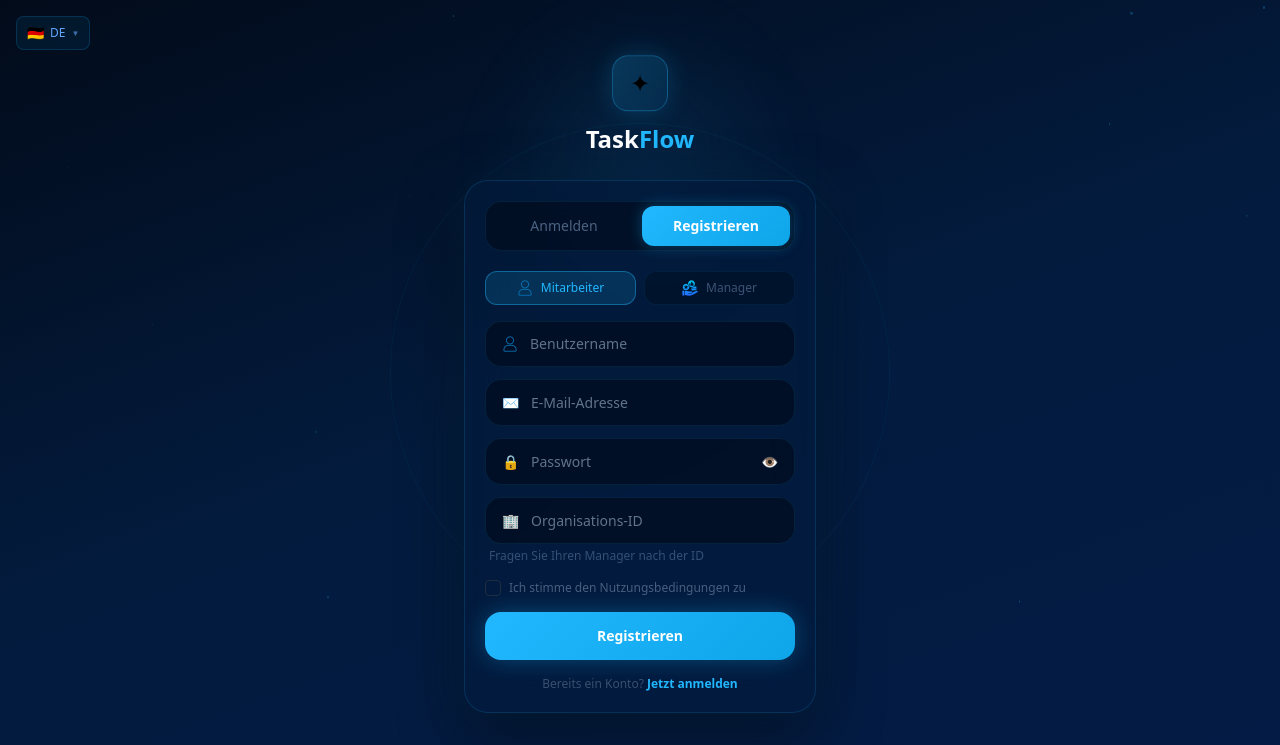
Repository: IssamSaed98/TaskManager.Frontend
Page: /, after clicking the first element matching `div.rounded-2xl > :nth-child(2)`
The author's editor kept a copy of each file at every save. The page is drawn from the files as they stood at one save, then again after the next save.
The browser window is 1280 px wide. The pictures show the whole page.
The project was rebuilt for these pictures with package versions that can differ from the ones it lists, and the page was loaded fresh each time. Also part of the build but not shown: vite.config.js, src/pages/AdminDashboard.jsx, src/components/TaskForm.jsx, src/components/TaskCard.jsx, src/components/KanbanBoard.jsx.

Above is the page before, as saved 2026-06-01 15:55:23.

After the next save:
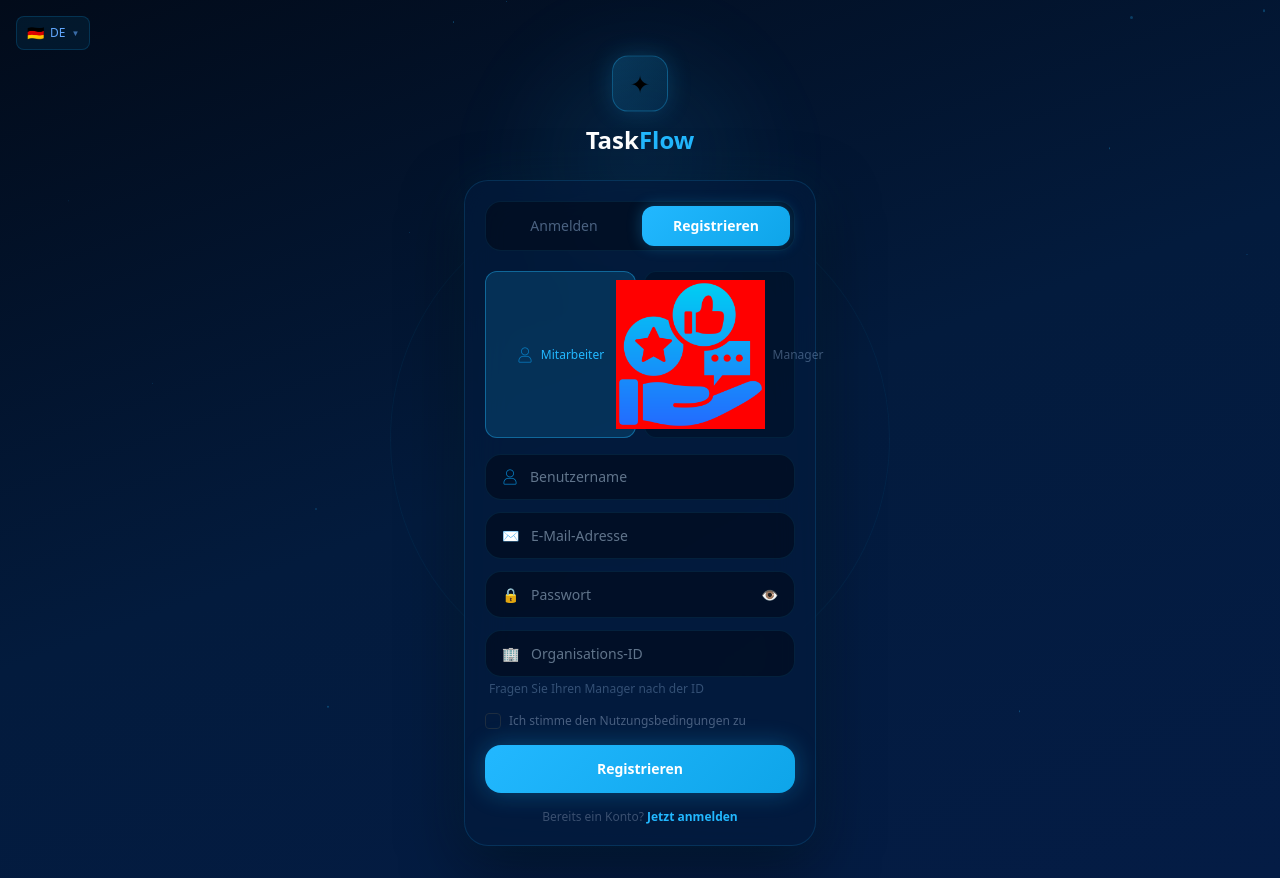
Saved 46 s later.
--- a/src/pages/Register.jsx
+++ b/src/pages/Register.jsx
@@ -191,7 +191,7 @@
       color: isAdmin ? '#22B8FF' : 'rgba(148,180,220,0.4)',
     }}
   >
-    <img src={cheff} style={myStyleSecond} alt="admin icon" />
+    <img src={cheff} style={myStyleThe} alt="admin icon" />
     <span>{t('admin')}</span>
   </button>
 </div>

After the save that followed:
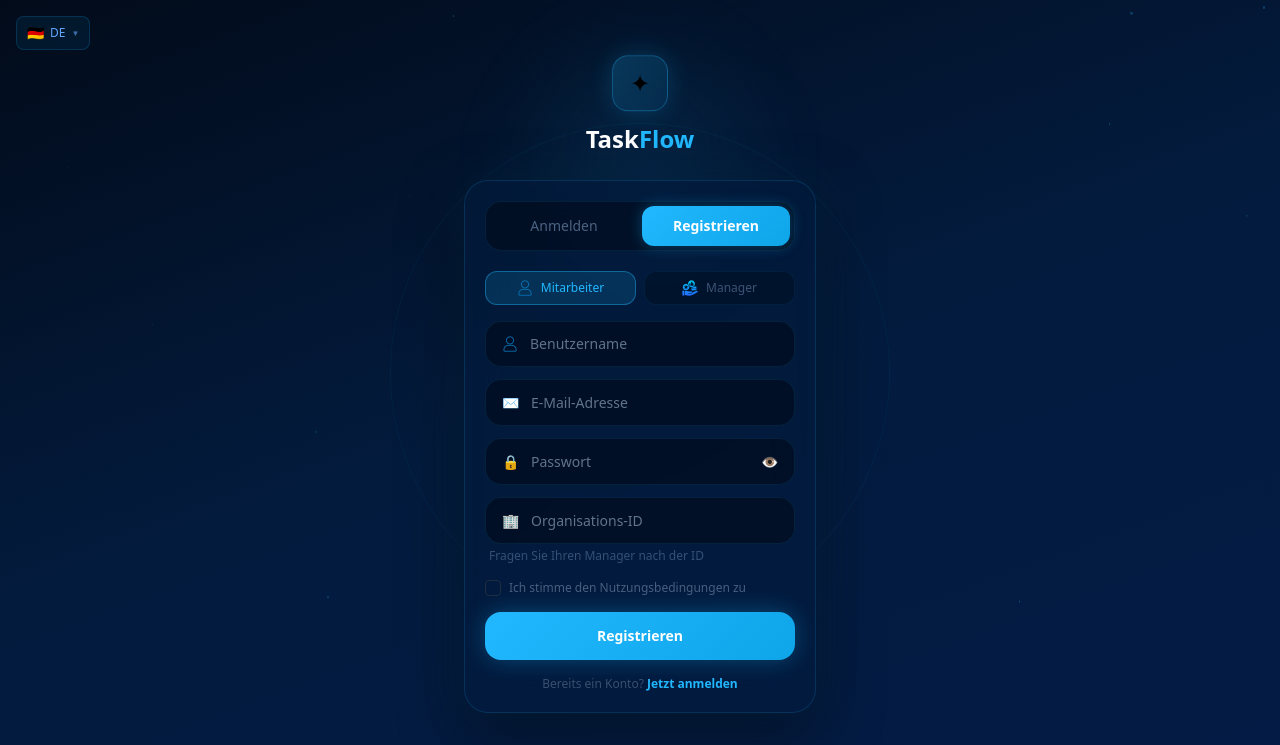
Saved 11 s later.
--- a/src/pages/Register.jsx
+++ b/src/pages/Register.jsx
@@ -191,7 +191,7 @@
       color: isAdmin ? '#22B8FF' : 'rgba(148,180,220,0.4)',
     }}
   >
-    <img src={cheff} style={myStyleThe} alt="admin icon" />
+    <img src={cheff} style={myStyleSecond} alt="admin icon" />
     <span>{t('admin')}</span>
   </button>
 </div>
